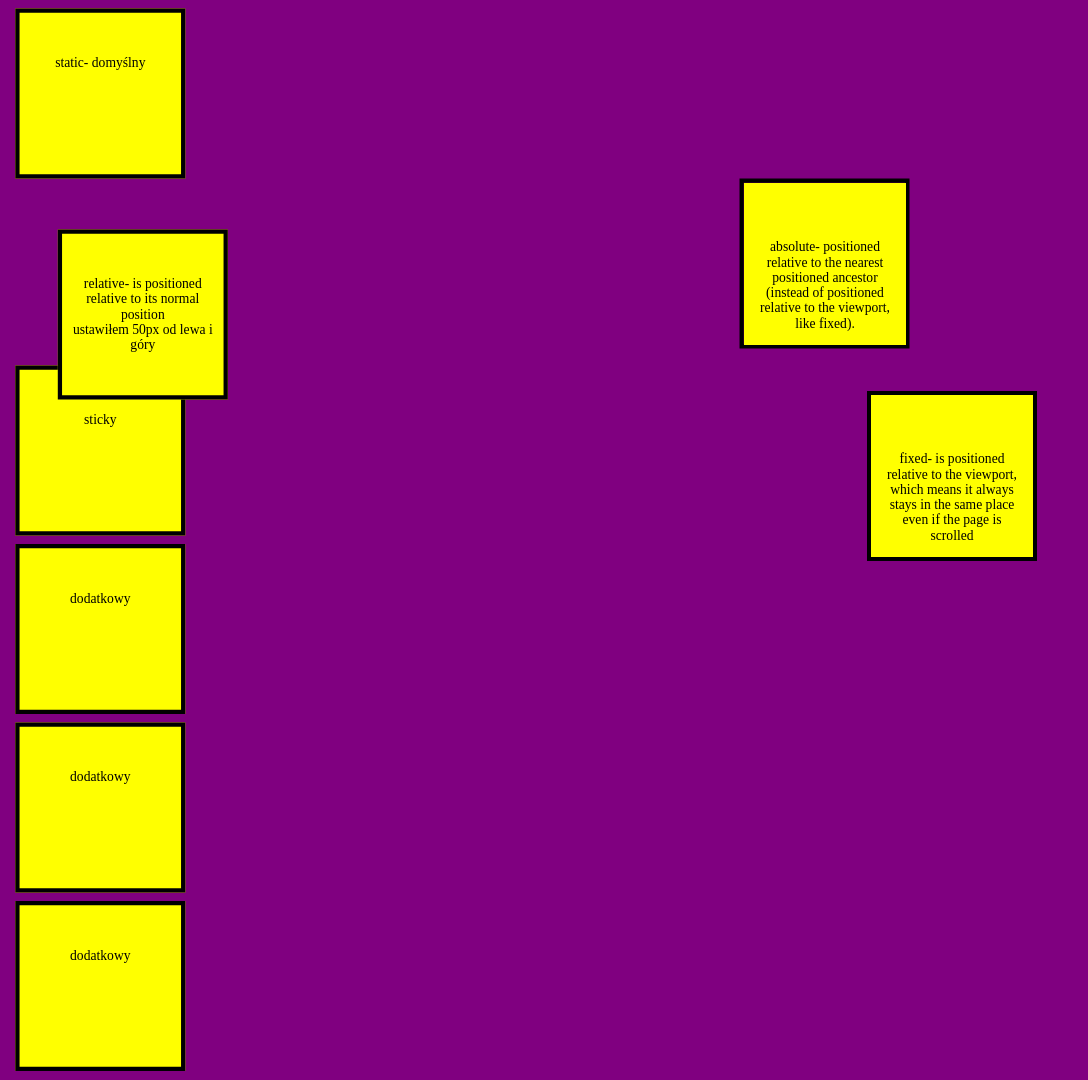
Repository: quenrythane/homepage
Page: CSS positions/CSS-positions.html
An editor plug-in stored every save of this project. The page is shown before and after the next save, followed by the edit.
The browser window is 1280 px wide. The pictures show the whole page, at 85% of full size.

Above is the page before, as saved 2020-10-11 03:58:35.

### CSS positions/CSS-positions.html
<!DOCTYPE html>
<html lang="en">
<head>
    <meta charset="UTF-8">
    <meta name="viewport" content="width=device-width, initial-scale=1.0">
    <title>CSS-positions</title>
    <link href="CSS-positions.css " rel="stylesheet" type="text/css">
</head>
<body >
    <div class="box static">static- domyślny</div>
    <div class="box relative">relative- is positioned relative to its normal position<br>
    ustawiłem 50px od lewa i góry</div>
    <div class="box fixed">
        <p>fixed- is positioned relative to the viewport, which means it always stays in the same place even if the page is scrolled</p>
        <p>A fixed element does not leave a gap in the page where it would normally have been located</p>
        <p> Czyli ogólnie strona załaduje go w to miejsce jakby strona normalnie się ładowała i na koniec tak jakby przy klei go w to miejsce na ekranie, przez co nawet jak będziemy przewijać stronę to zostanie w tym samym miejscu ekranu (nie zmieni miejsca ani w wysokości ani w szerokośći)</p>
        <p> Chyba, że nadamy mu miejsce w którym ma się znaleźć, wtedy tak jakby nie jest brany pod uwagę w wstępnym layoucie strony, tylko dodawany na sam koniec (ja go ustawię w miejsce w prawym rogu po 50px od krawędzi)</p>
    </div>
    <div class="box absolute">
        <p>absolute- positioned relative to the nearest positioned ancestor (instead of positioned relative to the viewport, like fixed).</p>

       <p> However; if an absolute positioned element has no positioned ancestors, it uses the document body, and moves along with page scrolling.</p>
        </div>
    <div class="box sticky">sticky</div>

    <div class="box">dodatkowy</div>
    <div class="box">dodatkowy</div>
    <div class="box">dodatkowy</div>
</body>
</html>

### CSS positions/CSS-positions.css
body {
    background: purple;
}

.box{
    box-sizing: border-box;
    background: yellow;
    width: 200px;
    height: 200px ;
    margin: 10px;
    text-align: center;
    padding: 10px ;
    padding-top: 50px;
    border: solid black 5px;
    overflow: scroll;
}

.static{
    position: static;
}

.relative{
    position: relative;
    left: 50px;
    top: 50px;
}

.fixed{
    position: fixed;
    right: 50px;
    bottom: 50px;
}

.absolute{
    position: absolute;
    right: 200px;
    top: 200px;
}

.sticky{

}

After the next save:
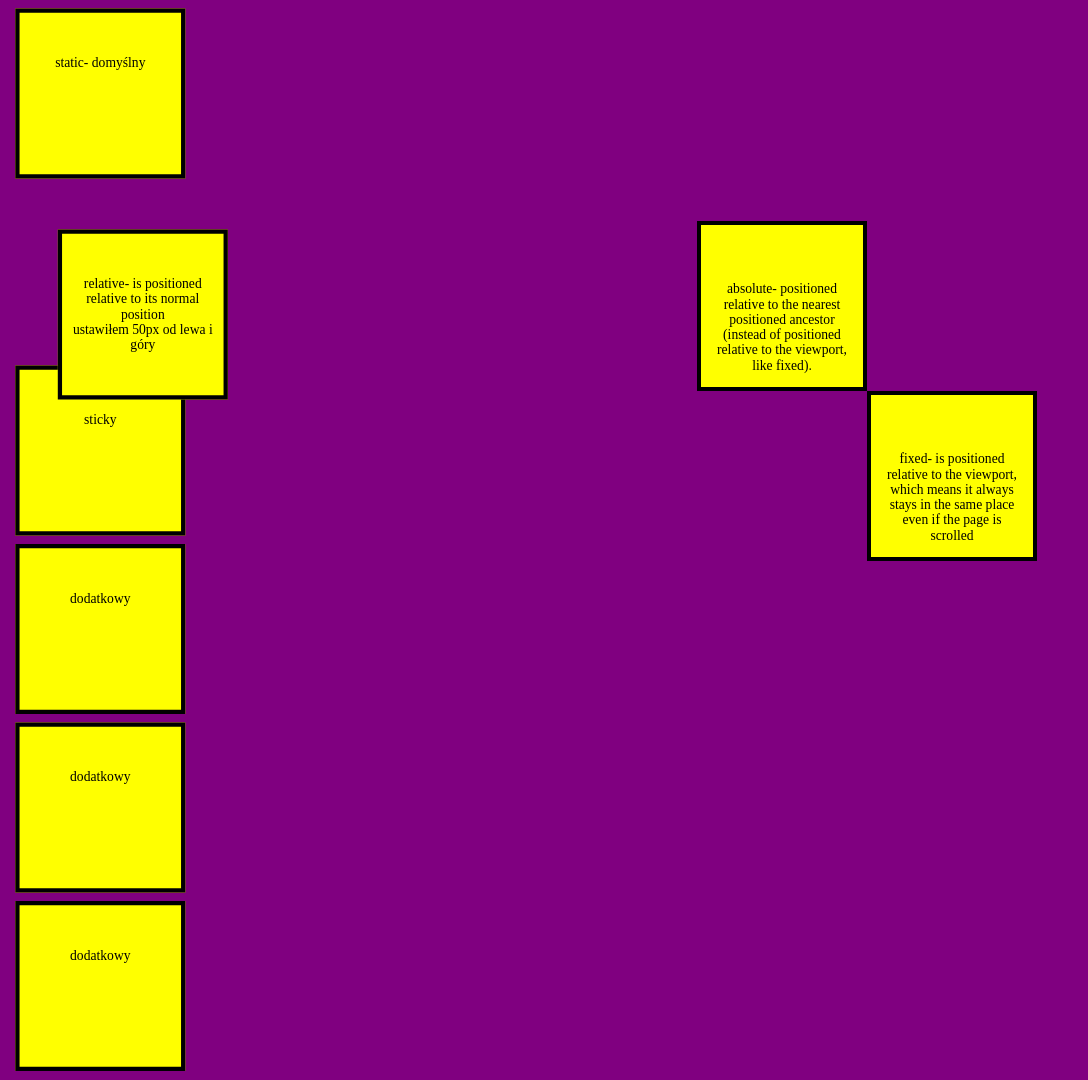
Saved 21 s later.
--- a/CSS positions/CSS-positions.css
+++ b/CSS positions/CSS-positions.css
@@ -33,8 +33,8 @@ body {
 
 .absolute{
     position: absolute;
-    right: 200px;
-    top: 200px;
+    right: 250px;
+    top: 250px;
 }
 
 .sticky{
